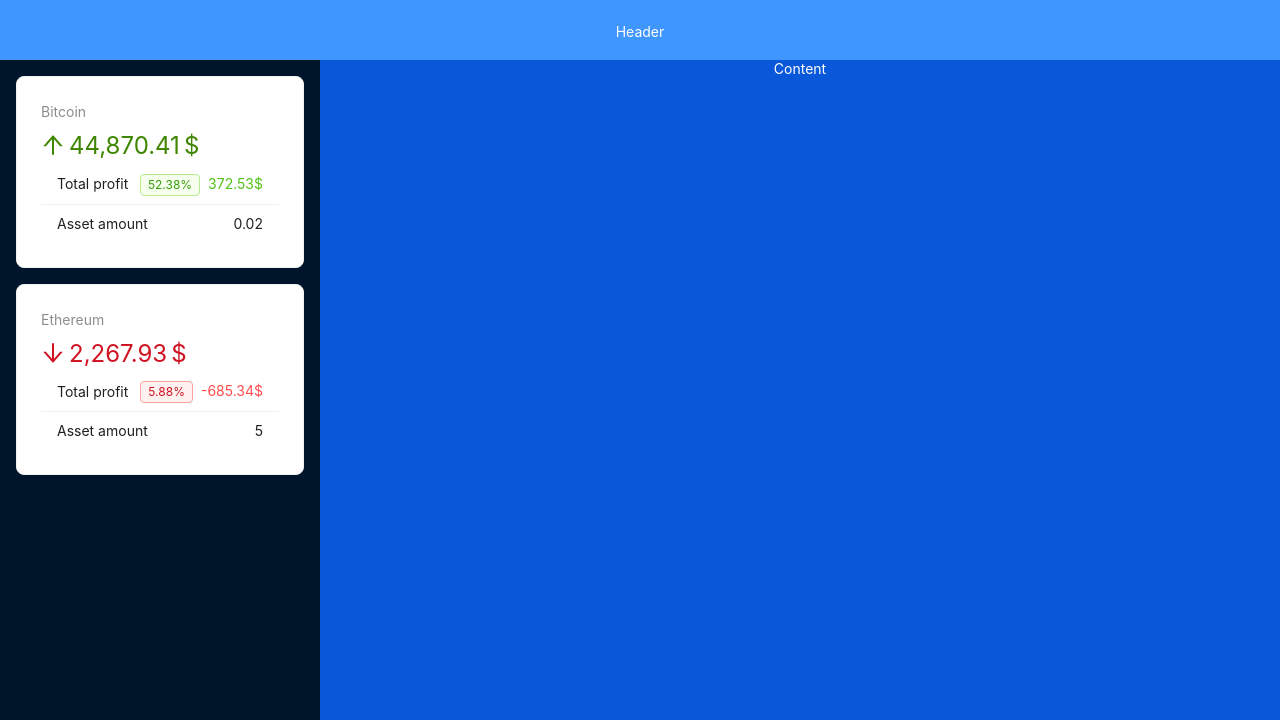
Repository: iveivs/ninim
Page: / (app in react-crypto-initial/)
The author's editor kept a copy of each file at every save. The page is drawn from the files as they stood at one save, then again after a run of saves.
The browser window is 1280 px wide. The pictures show the whole page.
The project was rebuilt for these pictures with package versions that can differ from the ones it lists, and the page was loaded fresh each time. Also part of the build but not shown: react-crypto-initial/vite.config.js.

Above is the page before, as saved 2024-02-18 17:43:01.

After the next 5 saves:
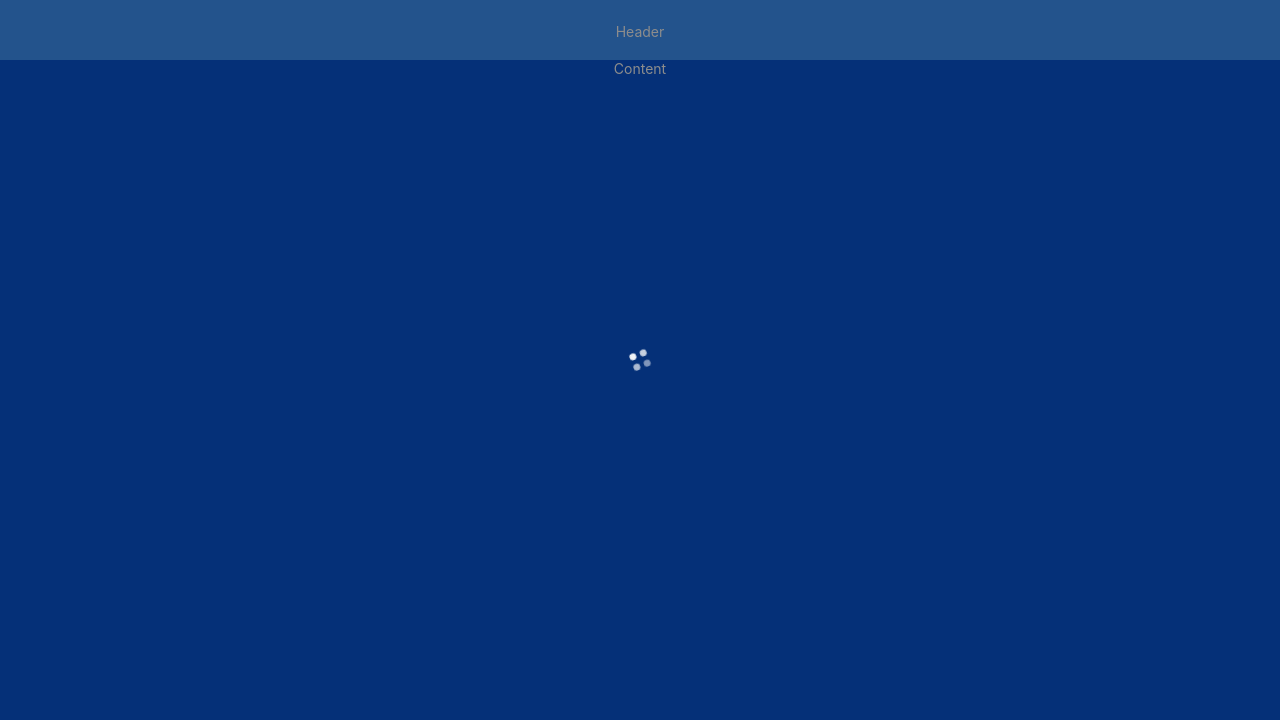
Console error: TypeError: Cannot read properties of undefined (reading 'price')
The 5 saves are shown as one change because they came seconds apart.
The last was saved 87 s later.
--- a/react-crypto-initial/src/data.js
+++ b/react-crypto-initial/src/data.js
@@ -622,4 +622,7 @@
     price: 2400,
     date: new Date(),
   },
+  {
+    id: ''
+  }
 ]

After the save that followed:
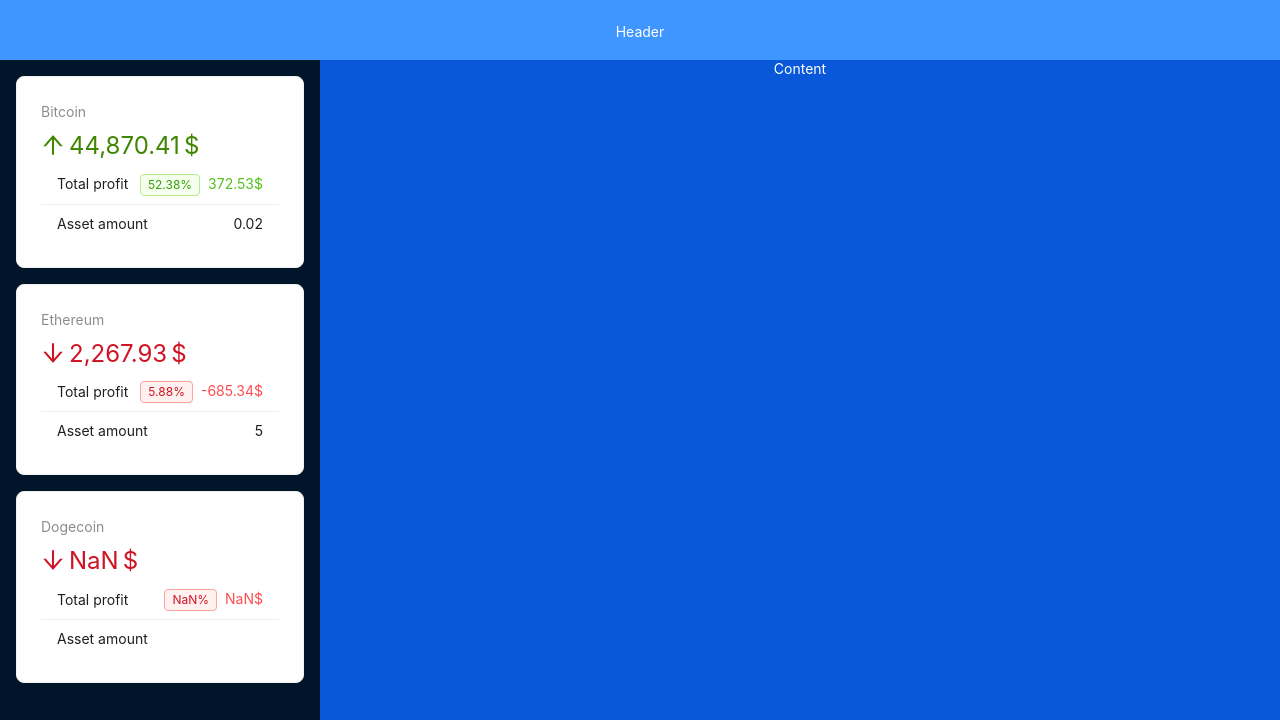
The error is gone.
Saved 7 s later.
--- a/react-crypto-initial/src/data.js
+++ b/react-crypto-initial/src/data.js
@@ -623,6 +623,6 @@
     date: new Date(),
   },
   {
-    id: ''
+    id: 'dogecoin'
   }
 ]
